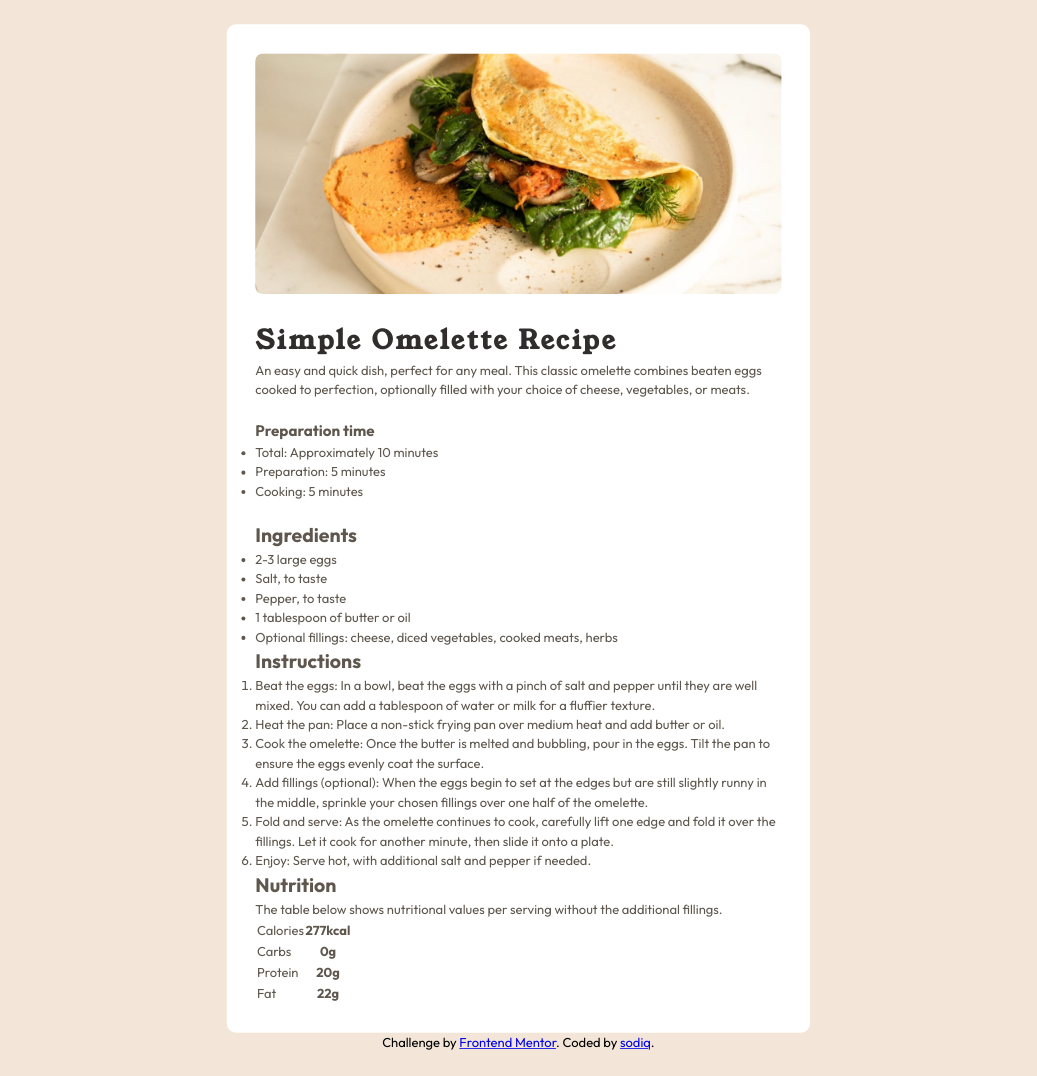
Repository: sodmaq/recipe-page-
Page: index.html
These files come from the project's save history. The page is drawn as it stood at one moment and after the next save; the edit follows.
The browser window is 1280 px wide. The pictures show the whole page, at 81% of full size.

Above is the page before, as saved 2024-09-08 04:30:29.

### index.html
<!DOCTYPE html>
<html lang="en">
  <head>
    <meta charset="UTF-8" />
    <meta name="viewport" content="width=device-width, initial-scale=1.0" />
    <link rel="preconnect" href="https://fonts.googleapis.com" />
    <link rel="preconnect" href="https://fonts.gstatic.com" crossorigin />
    <link
      href="https://fonts.googleapis.com/css2?family=Outfit:wght@400;600;700&family=Young+Serif&display=swap"
      rel="stylesheet"
    />
    <link
      rel="icon"
      type="image/png"
      sizes="32x32"
      href="./assets/images/favicon-32x32.png"
    />
    <link rel="stylesheet" href="/style.css" />
    <title>Frontend Mentor | Recipe page</title>
  </head>
  <body>
    <main class="container">
      <img src="/assets/images/image-omelette.jpeg" alt="image-omelette" />
      <div class="heading-text">
        <h1 class="title">Simple Omelette Recipe</h1>
        <p class="paragraph">
          An easy and quick dish, perfect for any meal. This classic omelette
          combines beaten eggs cooked to perfection, optionally filled with your
          choice of cheese, vegetables, or meats.
        </p>
      </div>
      <div class="preparation-section">
        <h3>Preparation time</h3>
        <ul>
          <li><span>Total:</span> Approximately 10 minutes</li>
          <li><span>Preparation:</span> 5 minutes</li>
          <li><span>Cooking:</span> 5 minutes</li>
        </ul>
      </div>
      <section>
        <div class="ingredients">
          <h2>Ingredients</h2>
          <ul>
            <li>2-3 large eggs</li>
            <li>Salt, to taste</li>
            <li>Pepper, to taste</li>
            <li>1 tablespoon of butter or oil</li>
            <li>
              Optional fillings: cheese, diced vegetables, cooked meats, herbs
            </li>
          </ul>
        </div>
        <div class="instructions">
          <ol>
            <h2>Instructions</h2>
            <li>
              <span> Beat the eggs: </span> In a bowl, beat the eggs with a
              pinch of salt and pepper until they are well mixed. You can add a
              tablespoon of water or milk for a fluffier texture.
            </li>
            <li>
              <span> Heat the pan: </span>Place a non-stick frying pan over
              medium heat and add butter or oil.
            </li>
            <li>
              <span> Cook the omelette: </span> Once the butter is melted and
              bubbling, pour in the eggs. Tilt the pan to ensure the eggs evenly
              coat the surface.
            </li>
            <li>
              <span> Add fillings (optional):</span> When the eggs begin to set
              at the edges but are still slightly runny in the middle, sprinkle
              your chosen fillings over one half of the omelette.
            </li>
            <li>
              <span> Fold and serve:</span> As the omelette continues to cook,
              carefully lift one edge and fold it over the fillings. Let it cook
              for another minute, then slide it onto a plate.
            </li>
            <li>
              <span>Enjoy:</span> Serve hot, with additional salt and pepper if
              needed.
            </li>
          </ol>
        </div>
        <div class="nutrition-section">
          <h2>Nutrition</h2>
          <p>
            The table below shows nutritional values per serving without the
            additional fillings.
          </p>
          <table class="table">
            <tr>
              <td>Calories</td>
              <th>277kcal</th>
            </tr>
            <tr>
              <td>Carbs</td>
              <th>0g</th>
            </tr>
            <tr>
              <td>Protein</td>
              <th>20g</th>
            </tr>
            <tr>
              <td>Fat</td>
              <th>22g</th>
            </tr>
          </table>
        </div>
      </section>
    </main>

    <footer class="attribution">
      Challenge by
      <a href="https://www.frontendmentor.io?ref=challenge" target="_blank"
        >Frontend Mentor</a
      >. Coded by <a href="#">sodiq</a>.
    </footer>
  </body>
</html>

### style.css
* {
  margin: 0;
  padding: 0;
  box-sizing: border-box;
}

:root {
  /* Primary color */
  --Nutmeg-color: hsl(14, 45%, 36%);
  --Dark-Raspberry: hsl(332, 51%, 32%);

  /* Neutral color */
  --White-color: hsl(0, 0%, 100%);
  --Rose-White: hsl(330, 100%, 98%);
  --Eggshell-background-color: hsl(30, 54%, 90%);
  --Light-Grey: hsl(30, 18%, 87%);
  --Wenge-Brown: hsl(30, 10%, 34%);
  --Dark-Charcoal: hsl(24, 5%, 18%);
}
body {
  font-family: "Outfit", sans-serif;
  background-color: var(--Eggshell-background-color);
  padding: 1.9rem 2.5rem;
  min-height: 100vh;
  display: flex;
  justify-content: center;
  align-items: center;
  flex-direction: column;
  line-height: 1.5;
}
.preparation-section,
.ingredients {
  margin-top: 1.5rem;
}
.paragraph,
.ingredients,
.instructions,
.instructions li span,
.preparation-section,
.preparation-section li span,
.nutrition-section {
  color: var(--Wenge-Brown);
}

.container {
  background-color: var(--White-color);
  padding: 2.2rem;
  margin: auto;
  max-width: 45rem;
  border-radius: 0.7rem;
}
img {
  max-width: 100%;
  border-radius: 0.6rem;
}
.title {
  font-family: "Young Serif", serif;
  margin-top: 1.8rem;
  letter-spacing: 0.2rem;
  color: var(--Dark-Charcoal);
}
.title {
  font-family: "Young Serif", serif;
  margin-top: 1.8rem;
  letter-spacing: 0.2rem;
  color: var(--Dark-Charcoal);
}

After the next save:
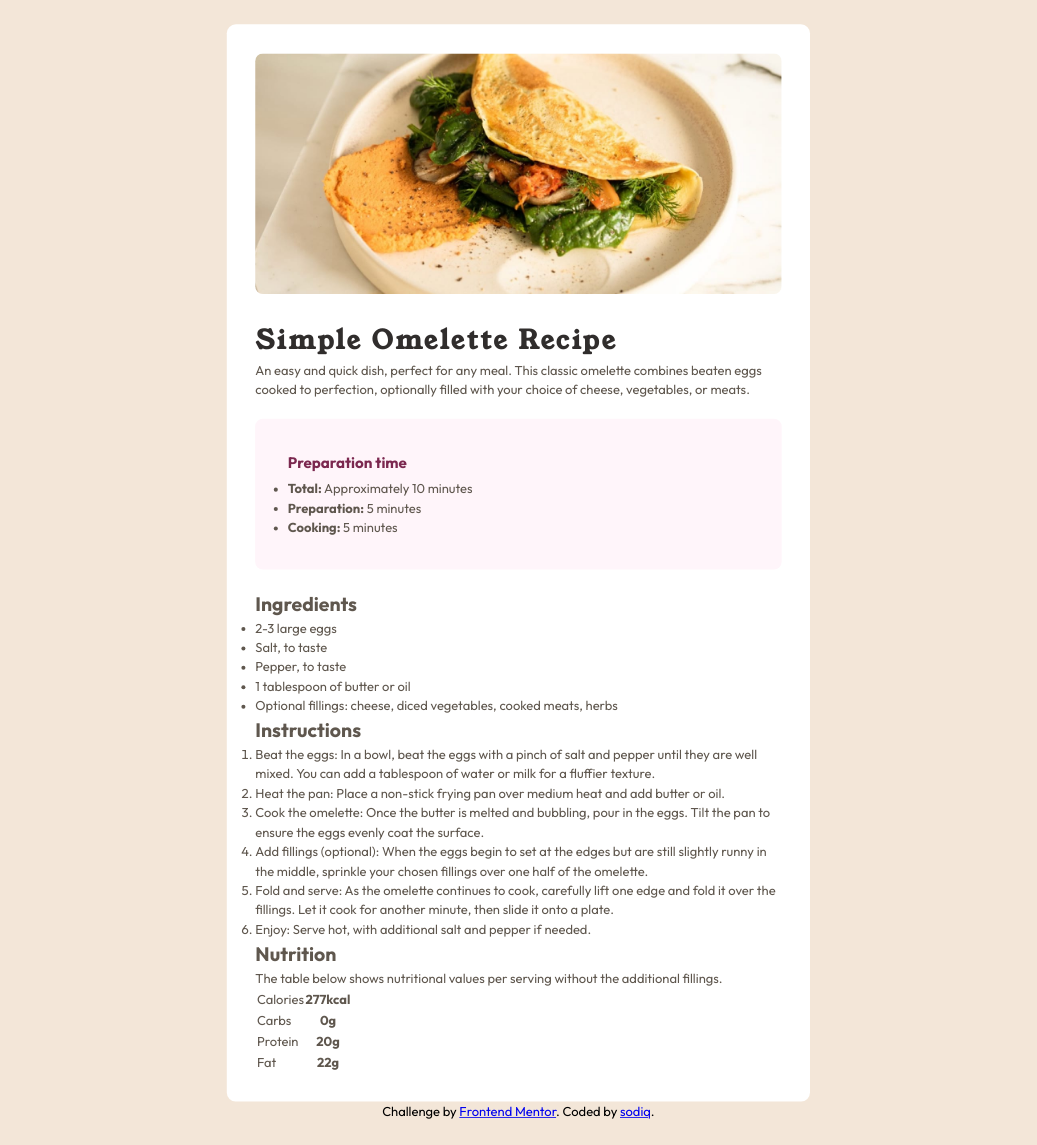
Saved 28 s later.
--- a/style.css
+++ b/style.css
@@ -65,3 +65,19 @@ img {
   letter-spacing: 0.2rem;
   color: var(--Dark-Charcoal);
 }
+.preparation-section {
+  font-family: "Outfit", sans-serif;
+  background: var(--Rose-White);
+  padding: 2.5rem;
+  border-radius: 0.6rem;
+}
+
+.preparation-section h3 {
+  color: var(--Dark-Raspberry);
+  font-weight: bold;
+  margin-bottom: 5px;
+}
+
+.preparation-section li span {
+  font-weight: bold;
+}
